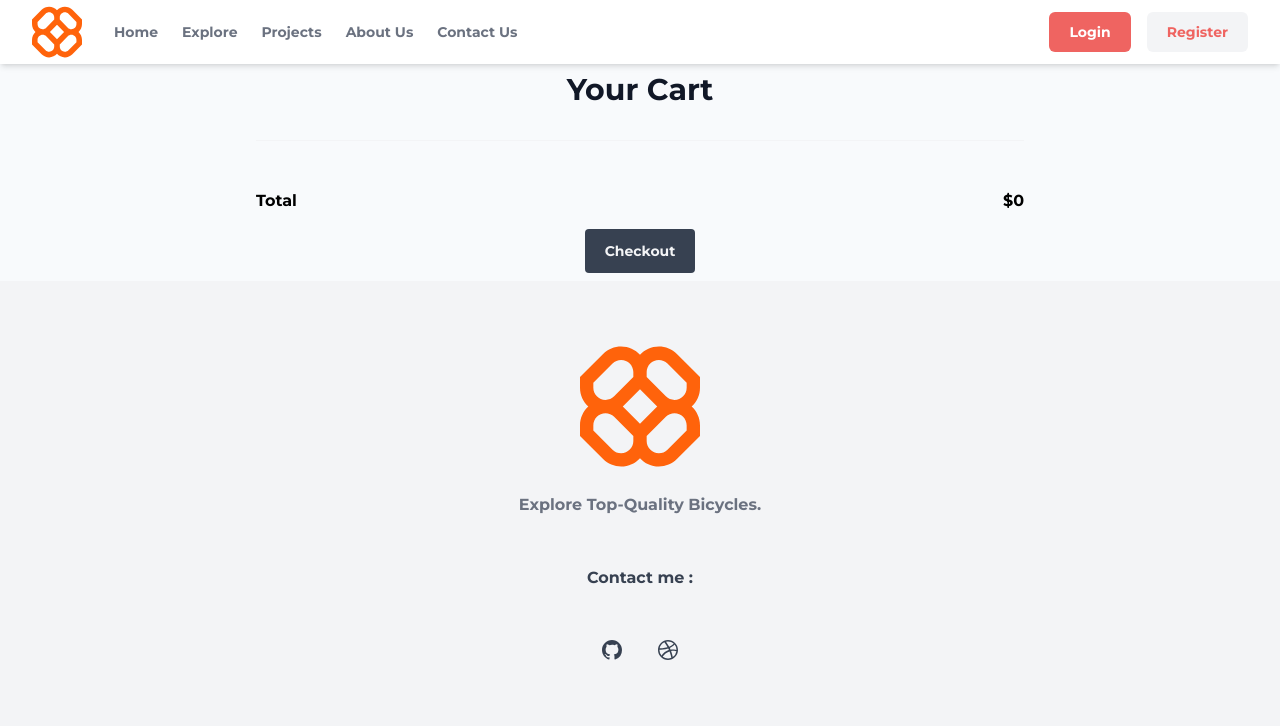
Repository: YahiaSala7/E-commerce-Project
Page: /cart (app in ecommerce/)
The author's editor kept a copy of each file at every save. The page is drawn from the files as they stood at one save, then again after the next save.
The browser window is 1280 px wide. The pictures show the whole page.
The page's requests for data from a server got no answer. The project was rebuilt for these pictures with package versions that can differ from the ones it lists, and the page was loaded fresh each time. Some packages were replaced by stand-ins written for this rebuild. The framework's server and built-in components were replaced by stand-ins that run in the browser. No one was signed in, and anything a server would have sent is missing. Also part of the build but not shown: ecommerce/next.config.mjs, ecommerce/app/_Components/Cart.jsx.

Above is the page before, as saved 2024-07-30 21:09:36.

After the next save:
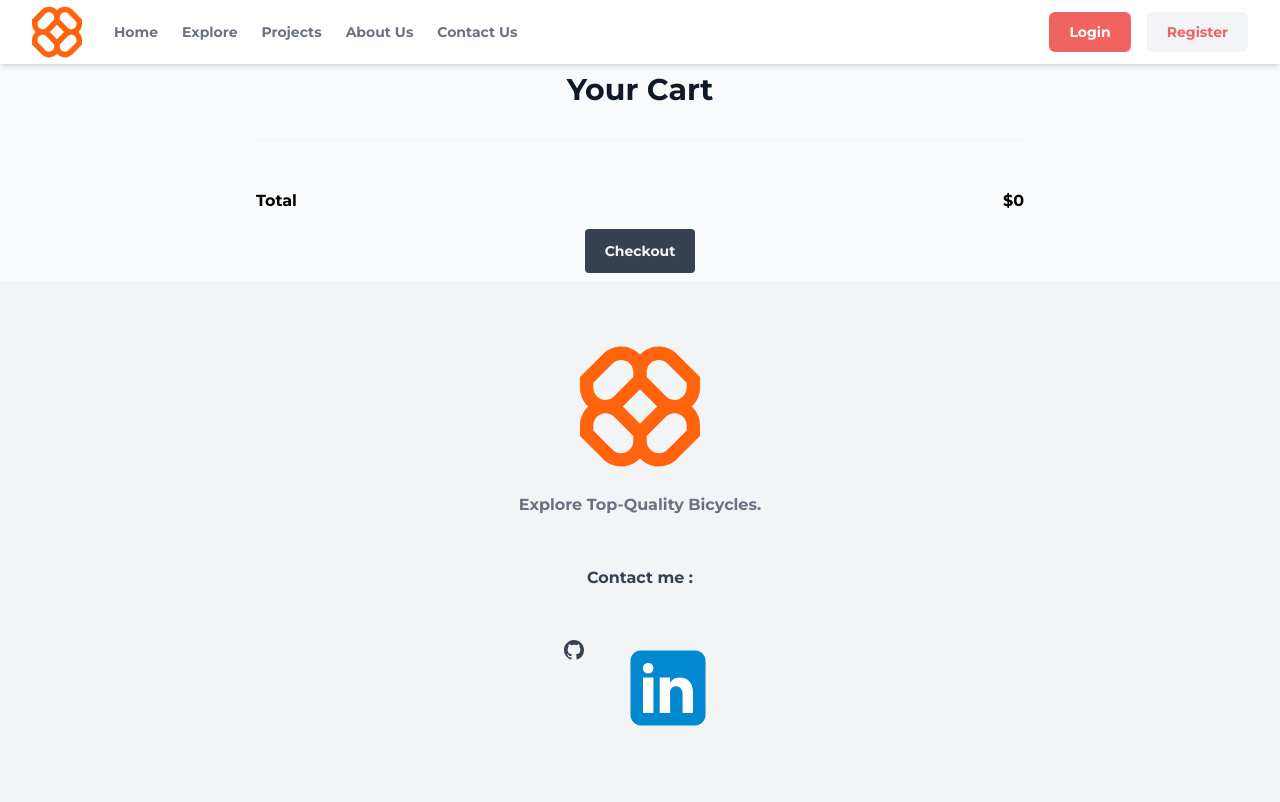
Saved 91 s later.
--- a/ecommerce/app/_Components/Footer.jsx
+++ b/ecommerce/app/_Components/Footer.jsx
@@ -39,24 +39,26 @@ function Footer() {
               </svg>
             </a>
           </li>
-
           <li>
             <a
-              href="/"
+              href="https://github.com/YahiaSala7"
               rel="noreferrer"
               target="_blank"
               className="text-gray-700 transition hover:text-gray-700/75">
-              <span className="sr-only">Dribbble</span>
+              <span className="sr-only">LinkedIn</span>
               <svg
-                className="w-6 h-6"
-                fill="currentColor"
-                viewBox="0 0 24 24"
-                aria-hidden="true">
+                xmlns="http://www.w3.org/2000/svg"
+                x="0px"
+                y="0px"
+                width="100"
+                height="100"
+                viewBox="0 0 48 48">
                 <path
-                  fillRule="evenodd"
-                  d="M12 2C6.48 2 2 6.48 2 12s4.48 10 10 10c5.51 0 10-4.48 10-10S17.51 2 12 2zm6.605 4.61a8.502 8.502 0 011.93 5.314c-.281-.054-3.101-.629-5.943-.271-.065-.141-.12-.293-.184-.445a25.416 25.416 0 00-.564-1.236c3.145-1.28 4.577-3.124 4.761-3.362zM12 3.475c2.17 0 4.154.813 5.662 2.148-.152.216-1.443 1.941-4.48 3.08-1.399-2.57-2.95-4.675-3.189-5A8.687 8.687 0 0112 3.475zm-3.633.803a53.896 53.896 0 013.167 4.935c-3.992 1.063-7.517 1.04-7.896 1.04a8.581 8.581 0 014.729-5.975zM3.453 12.01v-.26c.37.01 4.512.065 8.775-1.215.25.477.477.965.694 1.453-.109.033-.228.065-.336.098-4.404 1.42-6.747 5.303-6.942 5.629a8.522 8.522 0 01-2.19-5.705zM12 20.547a8.482 8.482 0 01-5.239-1.8c.152-.315 1.888-3.656 6.703-5.337.022-.01.033-.01.054-.022a35.318 35.318 0 011.823 6.475 8.4 8.4 0 01-3.341.684zm4.761-1.465c-.086-.52-.542-3.015-1.659-6.084 2.679-.423 5.022.271 5.314.369a8.468 8.468 0 01-3.655 5.715z"
-                  clipRule="evenodd"
-                />
+                  fill="#0288D1"
+                  d="M42,37c0,2.762-2.238,5-5,5H11c-2.761,0-5-2.238-5-5V11c0-2.762,2.239-5,5-5h26c2.762,0,5,2.238,5,5V37z"></path>
+                <path
+                  fill="#FFF"
+                  d="M12 19H17V36H12zM14.485 17h-.028C12.965 17 12 15.888 12 14.499 12 13.08 12.995 12 14.514 12c1.521 0 2.458 1.08 2.486 2.499C17 15.887 16.035 17 14.485 17zM36 36h-5v-9.099c0-2.198-1.225-3.698-3.192-3.698-1.501 0-2.313 1.012-2.707 1.99C24.957 25.543 25 26.511 25 27v9h-5V19h5v2.616C25.721 20.5 26.85 19 29.738 19c3.578 0 6.261 2.25 6.261 7.274L36 36 36 36z"></path>
               </svg>
             </a>
           </li>
